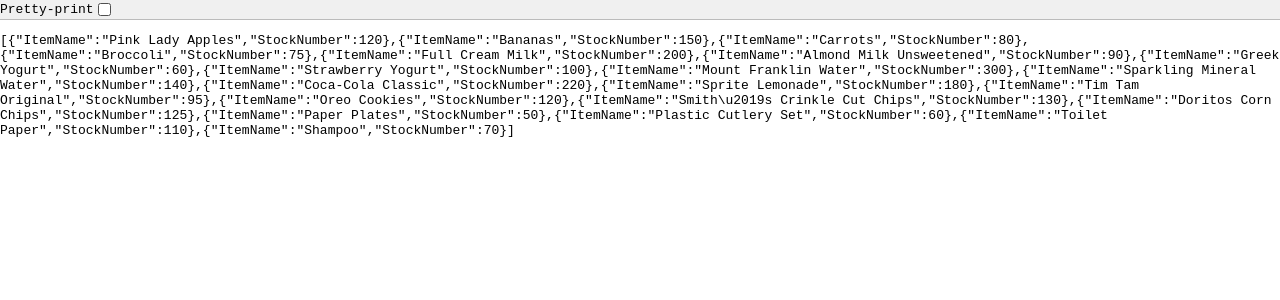
Repository: hxycindyhxy/TastyGrocery
Page: http://localhost/validation.php
The author's editor kept a record of every edit. The page is drawn from the files as they stood at one moment, then again after the next edit.
The browser window is 1280 px wide. The pictures show the whole page.
The page is run by PHP 8.4 with error messages shown; the project is at /var/www/html/. The database holds what the project's SQL file puts in it.

Above is the page before.

After the next edit:
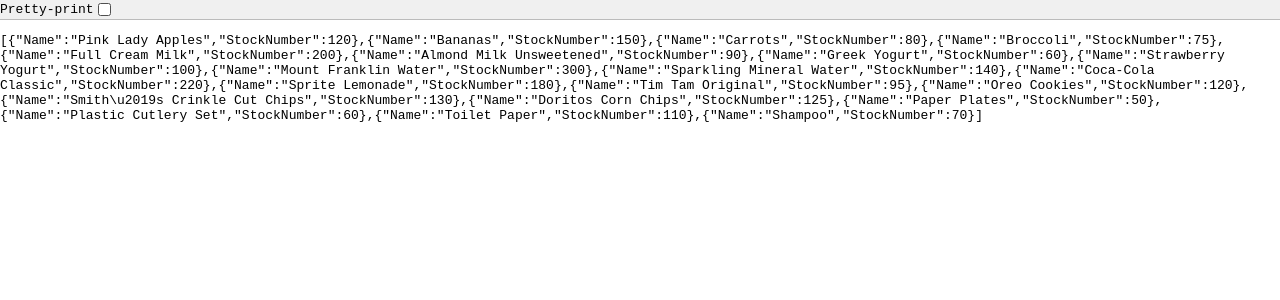
The edit:
--- a/validation.php
+++ b/validation.php
@@ -16,7 +16,7 @@
 
 while ($stmt->fetch()) {
     $data[] = [
-        "ItemName" => $name,
+        "Name" => $name,
         "StockNumber" => $stockNumber
     ];
 };
